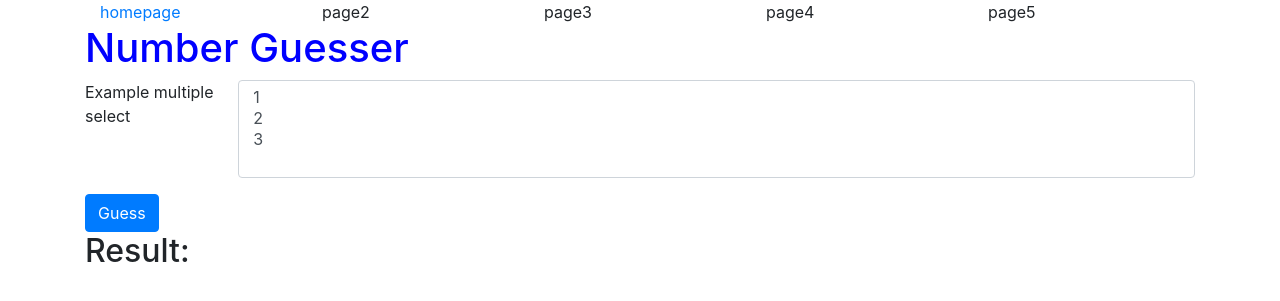
Repository: sanderdebr/cs50
Page: pset8/homepage/index.html
The author's editor kept a record of every edit. The page is drawn from the files as they stood at one moment, then again after the next edit.
The browser window is 1280 px wide. The pictures show the whole page.

Above is the page before.
Console error: TypeError: Cannot read properties of null (reading 'appendChild')

### pset8/homepage/index.html
<!DOCTYPE html>

<html lang="en">
    <head>
        <link href="https://stackpath.bootstrapcdn.com/bootstrap/4.5.0/css/bootstrap.min.css" rel="stylesheet">
        <link href="styles.css" rel="stylesheet">
        <title>My Webpage</title>
    </head>
    <body>
        <main class="container">
            <div class="container">
              <div class="row">
                  <div class="col"><a href="/">homepage</a></div>
                  <div class="col">page2</a></div>
                  <div class="col">page3</a></div>
                  <div class="col">page4</a></div>
                  <div class="col">page5</a></div>
                </div>
            </div>
            <h1>Number Guesser</h1>
            <form>
              <div class="form-group">
                <label for="exampleFormControlSelect2">Example multiple select</label>
                <select multiple class="form-control" id="exampleFormControlSelect2">
                  <option>1</option>
                  <option>2</option>
                  <option>3</option>
                </select>
              </div>
              <button type="submit" class="btn btn-primary">Guess</button>
            </form>
            <article>
                <h2>Result: <span id="result"></span></h2>
            </article>
        </main>
        <script src="app.js"></script>
    </body>
</html>

### pset8/homepage/styles.css
h1 {
    color: blue;
}

html {
    width: 100%;
}

#mySelect {
    color: green;
}

.form-group {
    display: flex;
}

h1 > h2 {
    font-size: 200%;
}

div.span {
    font-size: 300%;
}

### pset8/homepage/app.js
const numberController = (function() {
    const RandomNumber = function(max) {
        this.max = max;
    }

    RandomNumber.prototype.calcRandom = function() {
        return Math.floor(Math.random() * this.max);
    }

    return {
        getRandomNumber: function(max) {
            return new RandomNumber(max);
        }
    }
})();

const UIController = (function() {
    const DOMstrings = {
        select: 'select',
        mySelect: 'mySelect',
        result: 'result',
        button: 'button'
    }

    const createLabel = function() {
        const label = document.createElement("label");
        label.innerHTML = "Select number";
        return label;
    }

    const createSelectBox = function() {
        const select = document.createElement("select");
        select.classList = 'form-control';
        select.id ="mySelect";
        for (let i = 1; i < 4; i++) {
            const option = document.createElement("option");
            option.text = i;
            select.add(option);
        }
        return select;
    }

    return {
        getSelectedNum: function() {
            const mySelect = document.getElementById(DOMstrings.mySelect);
            const selected = mySelect.value;
            return selected;
        },
        createUI: function() {
            const selectBox = createSelectBox();
            const label = createLabel();
            const select = document.getElementById(DOMstrings.select);
            select.appendChild(label);
            select.appendChild(selectBox);
        },
        getDOMstrings: function() {
            return DOMstrings;
        }
    }
})();

const controller = (function(UIctrl, numberCtrl) {
    const setupEventListeners = function() {
        const DOM = UIctrl.getDOMstrings();
        console.log(document.querySelector(DOM.button));
        document.querySelector(DOM.button).addEventListener('click', handleSubmit)
    }

    const handleSubmit = function(e) {
        e.preventDefault();
        const getNumber = numberCtrl.getRandomNumber(5);
        const randomNumber = getNumber.calcRandom();

        const selectedNum = UIctrl.getSelectedNum();

        if (selectedNum === randomNumber) {
            UIctrl.showResult('won')
        } else {
            UIctrl.showResult('lost');
        }
    }

    return {
        init: function() {
            console.log('app has started');
            UIctrl.createUI();
            setupEventListeners();
        }
    }
})(UIController, numberController);

document.addEventListener('DOMContentLoaded', controller.init);

After the next edit:
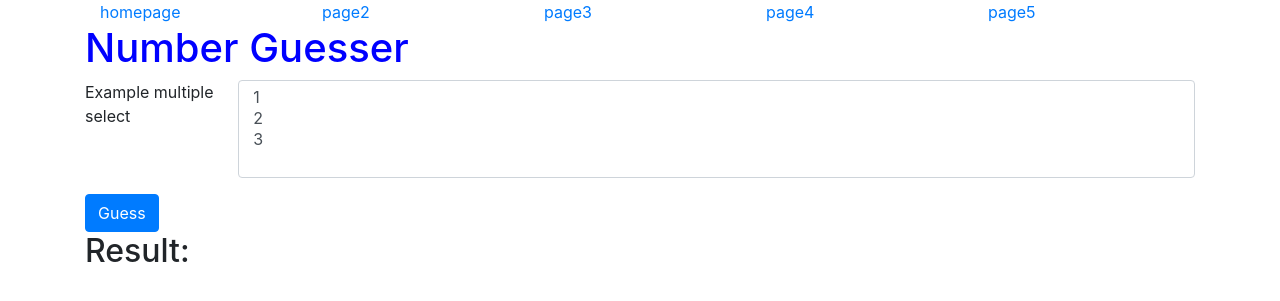
The edit:
--- a/pset8/homepage/index.html
+++ b/pset8/homepage/index.html
@@ -11,10 +11,10 @@
             <div class="container">
               <div class="row">
                   <div class="col"><a href="/">homepage</a></div>
-                  <div class="col">page2</a></div>
-                  <div class="col">page3</a></div>
-                  <div class="col">page4</a></div>
-                  <div class="col">page5</a></div>
+                  <div class="col"><a href="/">page2</a></div>
+                  <div class="col"><a href="/">page3</a></div>
+                  <div class="col"><a href="/">page4</a></div>
+                  <div class="col"><a href="/">page5</a></div>
                 </div>
             </div>
             <h1>Number Guesser</h1>
